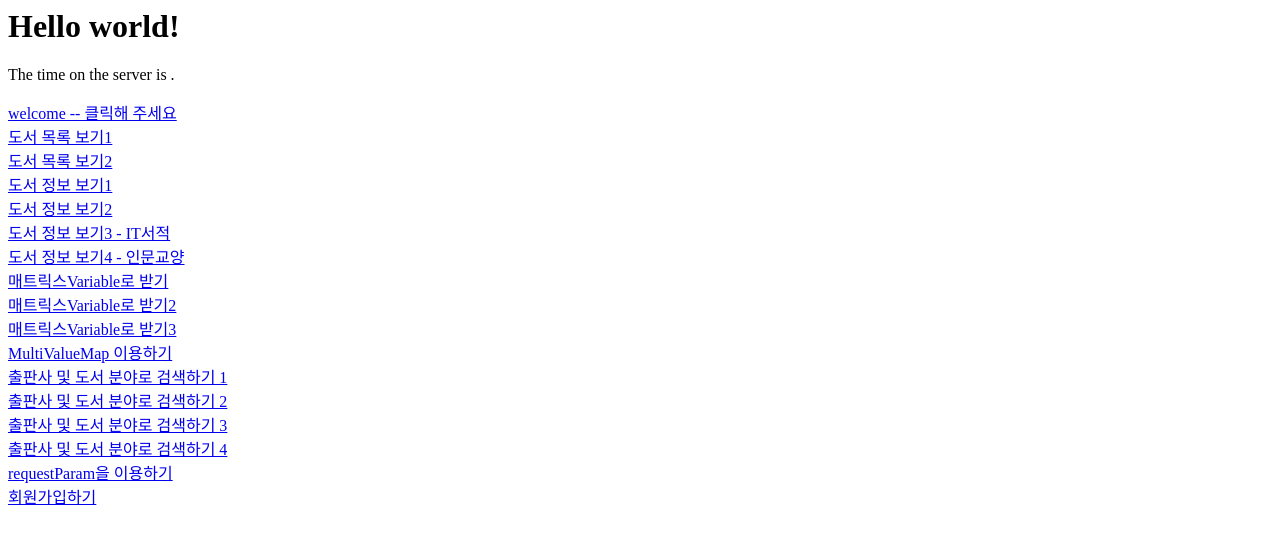
Repository: heojun0827/SpringLegacy
Page: http://localhost/book/WEB-INF/views/home.jsp
These files come from the project's save history. The page is drawn as it stood at one moment and after the next save; the edit follows.
The browser window is 1280 px wide. The pictures show the whole page.
The page is served by Tomcat 9. Nobody is signed in. The template is opened directly, without the code that normally fills it, so the values that code supplies are empty.

Above is the page before, as saved 2023-07-12 04:49:02.

After the next save:
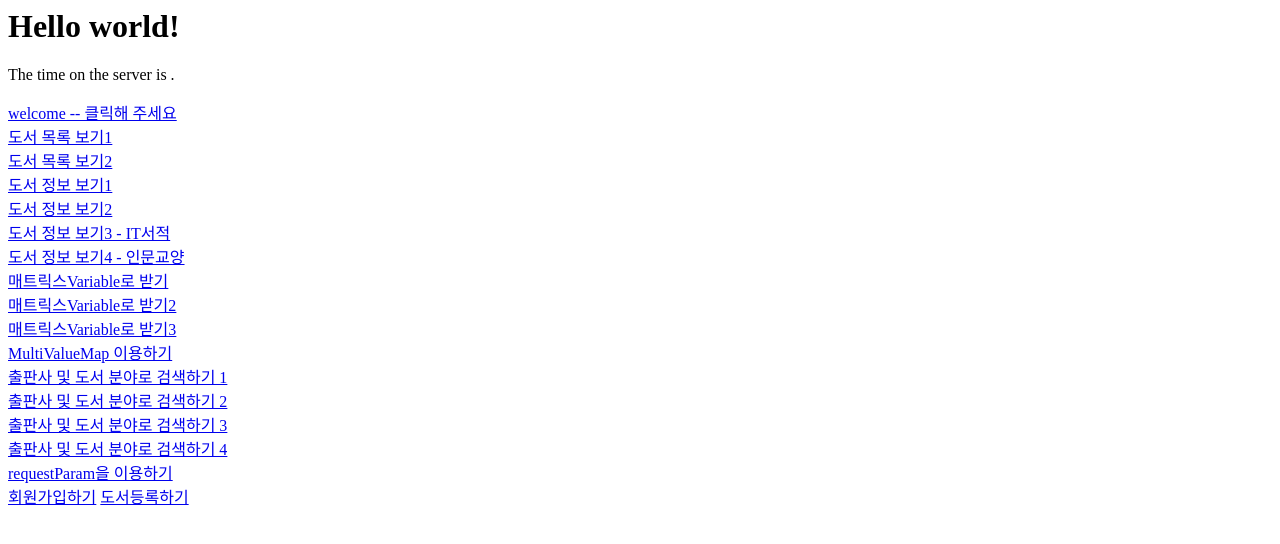
Saved 8 s later.
--- a/book/src/main/webapp/WEB-INF/views/home.jsp
+++ b/book/src/main/webapp/WEB-INF/views/home.jsp
@@ -31,6 +31,6 @@
 	<a href="/test/t8?id=ISBN-1234">requestParam을 이용하기</a><br>
 
 	<a href="/test/regForm">회원가입하기</a>
-	<a href=""
+	<a href="regBook">도서등록하기</a>
 </body>
 </html>
